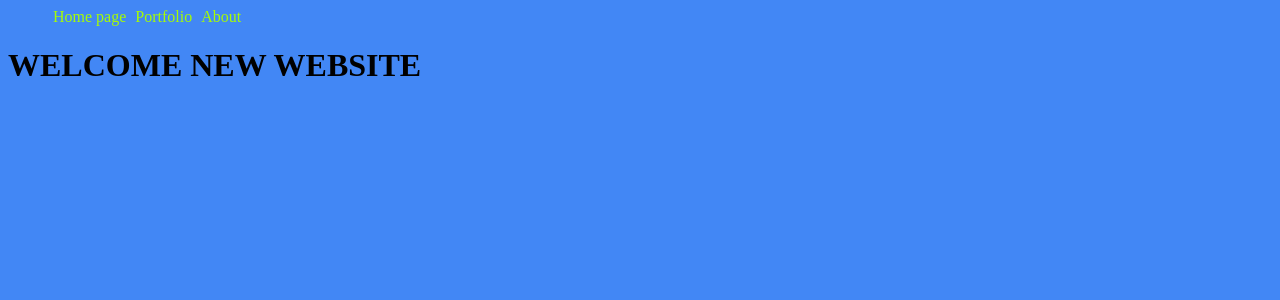
Repository: KevinBach02/KevinBach02.github.io
Page: index.html
The author's editor kept a record of every edit. The page is drawn from the files as they stood at one moment, then again after the next edit.
The browser window is 1280 px wide. The pictures show the whole page.

Above is the page before.

After the next edit:
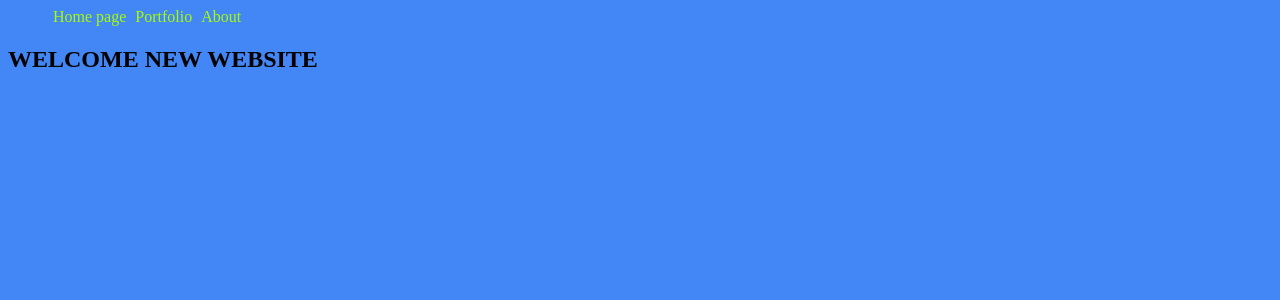
The edit:
--- a/index.html
+++ b/index.html
@@ -12,7 +12,8 @@
        <li><a href="portfolio">Portfolio</a></li>
        <li><a href="abou8t.html">About</a></li>
        </ul>
-       </nav>
+
+
         <h1>WELCOME NEW WEBSITE</h1>
         <p></p>
 

After the edit that followed:
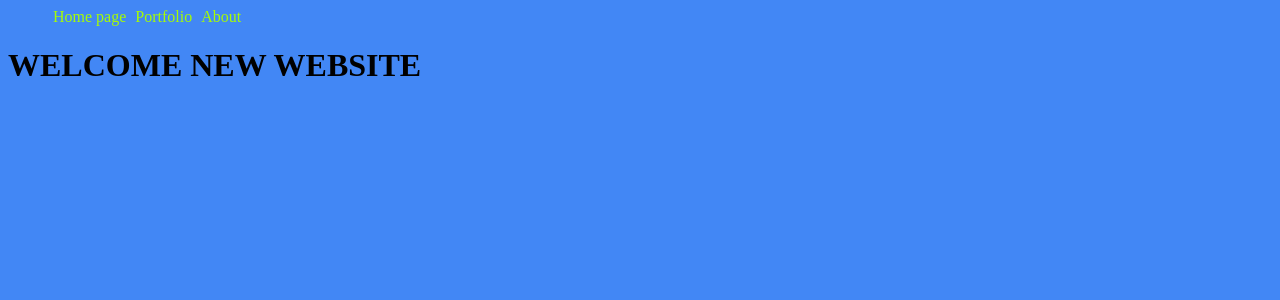
The edit:
--- a/index.html
+++ b/index.html
@@ -6,8 +6,8 @@
     </head>
 
     <body>
-        <nav>
-        <ul>
+
+       <ul>
        <li><a href="index.html">Home page</a></li>
        <li><a href="portfolio">Portfolio</a></li>
        <li><a href="abou8t.html">About</a></li>
